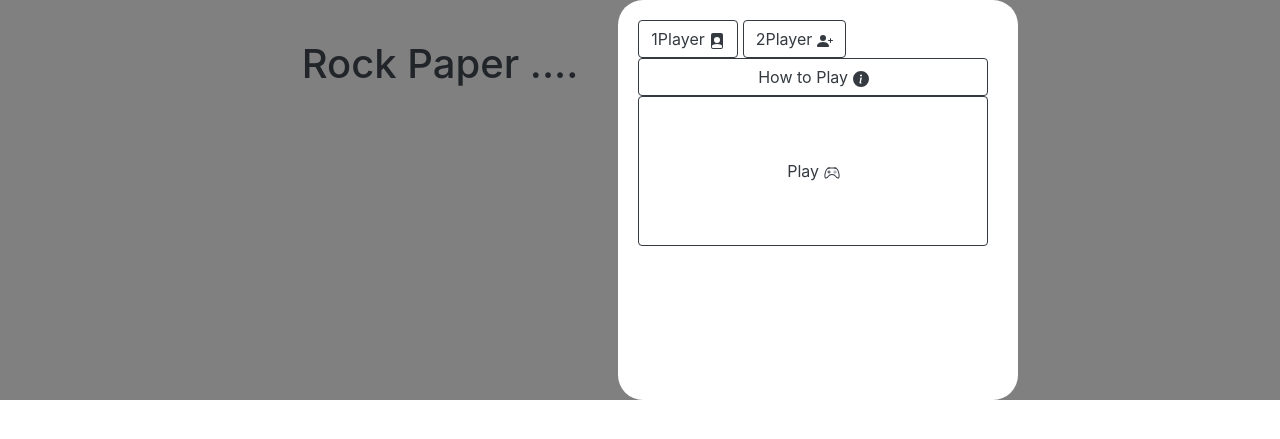
Repository: hossamsulleman1/Colllege-rock-paper-game
Page: index.html
The author's editor kept a copy of each file at every save. The page is drawn from the files as they stood at one save, then again after the next save.
The browser window is 1280 px wide. The pictures show the whole page.

Above is the page before, as saved 2020-09-15 10:44:13.
Console error: SyntaxError: Unexpected token '<'

### index.html
<!DOCTYPE html>
<html lang="en">
<head>
    <script src="index.js"></script>
    <link rel="stylesheet" href="index.css">

    <meta charset="UTF-8">
    <meta name="viewport" content="width=device-width, initial-scale=1.0">
    <title>Rock Paper...</title>
</head>
<body>
   <div class="wall">
      <h1 style="padding: 40px; text-align: center;">Rock Paper .... </h1>
    <div class="mainCard">
<button style="height: 150;"class="btn btn-outline-dark">
    1Player
    <svg width="1em" height="1em" viewBox="0 0 16 16" class="bi bi-file-person-fill" fill="currentColor" xmlns="http://www.w3.org/2000/svg">
        <path fill-rule="evenodd" d="M12 0H4a2 2 0 0 0-2 2v12a2 2 0 0 0 2 2h8a2 2 0 0 0 2-2V2a2 2 0 0 0-2-2zm-1 7a3 3 0 1 1-6 0 3 3 0 0 1 6 0zm-3 4c2.623 0 4.146.826 5 1.755V14a1 1 0 0 1-1 1H4a1 1 0 0 1-1-1v-1.245C3.854 11.825 5.377 11 8 11z"/>
      </svg>
</button>
<button class="btn btn-outline-dark">
    2Player
    <svg width="1em" height="1em" viewBox="0 0 16 16" class="bi bi-person-plus-fill" fill="currentColor" xmlns="http://www.w3.org/2000/svg">
        <path fill-rule="evenodd" d="M1 14s-1 0-1-1 1-4 6-4 6 3 6 4-1 1-1 1H1zm5-6a3 3 0 1 0 0-6 3 3 0 0 0 0 6zm7.5-3a.5.5 0 0 1 .5.5V7h1.5a.5.5 0 0 1 0 1H14v1.5a.5.5 0 0 1-1 0V8h-1.5a.5.5 0 0 1 0-1H13V5.5a.5.5 0 0 1 .5-.5z"/>
      </svg>
</button>
<br>
<button style="width: 350px;" class="btn btn-outline-dark" onclick="howToPlay()">
    How to Play
    <svg width="1em" height="1em" viewBox="0 0 16 16" class="bi bi-info-circle-fill" fill="currentColor" xmlns="http://www.w3.org/2000/svg">
        <path fill-rule="evenodd" d="M8 16A8 8 0 1 0 8 0a8 8 0 0 0 0 16zm.93-9.412l-2.29.287-.082.38.45.083c.294.07.352.176.288.469l-.738 3.468c-.194.897.105 1.319.808 1.319.545 0 1.178-.252 1.465-.598l.088-.416c-.2.176-.492.246-.686.246-.275 0-.375-.193-.304-.533L8.93 6.588zM8 5.5a1 1 0 1 0 0-2 1 1 0 0 0 0 2z"/>
      </svg>
</button>
<br>
<button style="width: 350px; height: 150px;" class="btn btn-outline-dark" onclick="goToGame()">
    Play
    <svg width="1em" height="1em" viewBox="0 0 16 16" class="bi bi-controller" fill="currentColor" xmlns="http://www.w3.org/2000/svg">
        <path fill-rule="evenodd" d="M11.119 2.693c.904.19 1.75.495 2.235.98.407.408.779 1.05 1.094 1.772.32.733.599 1.591.805 2.466.206.875.34 1.78.364 2.606.024.815-.059 1.602-.328 2.21a1.42 1.42 0 0 1-1.445.83c-.636-.067-1.115-.394-1.513-.773a11.307 11.307 0 0 1-.739-.809c-.126-.147-.25-.291-.368-.422-.728-.804-1.597-1.527-3.224-1.527-1.627 0-2.496.723-3.224 1.527-.119.131-.242.275-.368.422-.243.283-.494.576-.739.81-.398.378-.877.705-1.513.772a1.42 1.42 0 0 1-1.445-.83c-.27-.608-.352-1.395-.329-2.21.024-.826.16-1.73.365-2.606.206-.875.486-1.733.805-2.466.315-.722.687-1.364 1.094-1.772.486-.485 1.331-.79 2.235-.98.932-.196 2.03-.292 3.119-.292 1.089 0 2.187.096 3.119.292zm-6.032.979c-.877.185-1.469.443-1.733.708-.276.276-.587.783-.885 1.465a13.748 13.748 0 0 0-.748 2.295 12.351 12.351 0 0 0-.339 2.406c-.022.755.062 1.368.243 1.776a.42.42 0 0 0 .426.24c.327-.034.61-.199.929-.502.212-.202.4-.423.615-.674.133-.156.276-.323.44-.505C4.861 9.97 5.978 9.026 8 9.026s3.139.943 3.965 1.855c.164.182.307.35.44.505.214.25.403.472.615.674.318.303.601.468.929.503a.42.42 0 0 0 .426-.241c.18-.408.265-1.02.243-1.776a12.354 12.354 0 0 0-.339-2.406 13.753 13.753 0 0 0-.748-2.295c-.298-.682-.61-1.19-.885-1.465-.264-.265-.856-.523-1.733-.708-.85-.179-1.877-.27-2.913-.27-1.036 0-2.063.091-2.913.27z"/>
        <path d="M11.5 6.026a.5.5 0 1 1-1 0 .5.5 0 0 1 1 0zm-1 1a.5.5 0 1 1-1 0 .5.5 0 0 1 1 0zm2 0a.5.5 0 1 1-1 0 .5.5 0 0 1 1 0zm-1 1a.5.5 0 1 1-1 0 .5.5 0 0 1 1 0zm-7-2.5h1v3h-1v-3z"/>
        <path d="M3.5 6.526h3v1h-3v-1zM3.051 3.26a.5.5 0 0 1 .354-.613l1.932-.518a.5.5 0 0 1 .258.966l-1.932.518a.5.5 0 0 1-.612-.354zm9.976 0a.5.5 0 0 0-.353-.613l-1.932-.518a.5.5 0 1 0-.259.966l1.932.518a.5.5 0 0 0 .612-.354z"/>
      </svg>
</button>

</div>

   </div>


<!-- scripts -->
<!-- CSS only -->
<link rel="stylesheet" href="https://stackpath.bootstrapcdn.com/bootstrap/4.5.2/css/bootstrap.min.css" integrity="sha384-JcKb8q3iqJ61gNV9KGb8thSsNjpSL0n8PARn9HuZOnIxN0hoP+VmmDGMN5t9UJ0Z" crossorigin="anonymous">

<!-- JS, Popper.js, and jQuery -->
<script src="https://code.jquery.com/jquery-3.5.1.slim.min.js" integrity="sha384-DfXdz2htPH0lsSSs5nCTpuj/zy4C+OGpamoFVy38MVBnE+IbbVYUew+OrCXaRkfj" crossorigin="anonymous"></script>
<script src="https://cdn.jsdelivr.net/npm/popper.js@1.16.1/dist/umd/popper.min.js" integrity="sha384-9/reFTGAW83EW2RDu2S0VKaIzap3H66lZH81PoYlFhbGU+6BZp6G7niu735Sk7lN" crossorigin="anonymous"></script>
<script src="https://stackpath.bootstrapcdn.com/bootstrap/4.5.2/js/bootstrap.min.js" integrity="sha384-B4gt1jrGC7Jh4AgTPSdUtOBvfO8shuf57BaghqFfPlYxofvL8/KUEfYiJOMMV+rV" crossorigin="anonymous"></script>

</body>
</html>

### index.js
var randomNumber = null;
var P1Selection = null;
var P2Selection = null;
var compSelection = null;
var compSelectionSVG = null;
var outcome = null;

const Rock = 1;
const Paper = 2;
const Scissors = 3;

function randomNumberGen() {
   randomNumber = Math.ceil(Math.random() * 3);
compSelection = randomNumber;
console.log(compSelection + "comp Selection");
}

function howToPlay(){
 alert("click either rock paper or ... and confirm your selection once this is completed the second user will be able to place their selection then rumble!");
}


function compSelectionSvg() {
    if (compSelection = 1 ) {
        document.getElementById("mainCard").innerHTML =
        <div>
   <h1>Rocky Bot Chose</h1>
        <svg width="1em" height="1em" viewBox="0 0 16 16" class="bi bi-award-fill" fill="currentColor" xmlns="http://www.w3.org/2000/svg">
  <path d="M8 0l1.669.864 1.858.282.842 1.68 1.337 1.32L13.4 6l.306 1.854-1.337 1.32-.842 1.68-1.858.282L8 12l-1.669-.864-1.858-.282-.842-1.68-1.337-1.32L2.6 6l-.306-1.854 1.337-1.32.842-1.68L6.331.864 8 0z"/>
  <path d="M4 11.794V16l4-1 4 1v-4.206l-2.018.306L8 13.126 6.018 12.1 4 11.794z"/>
</svg>
        <p>you......</p>
        <h1 id="Win/Lose"></h1>
        </div>

        ;

    }
    if (compSelection = 2 ) {
        document.getElementById("mainCard").innerHTML =
        <div>
    <h1>Rocky Bot Chose</h1>
        <svg width="1em" height="1em" viewBox="0 0 16 16" class="bi bi-box-seam" fill="currentColor" xmlns="http://www.w3.org/2000/svg">
  <path fill-rule="evenodd" d="M8.186 1.113a.5.5 0 0 0-.372 0L1.846 3.5l2.404.961L10.404 2l-2.218-.887zm3.564 1.426L5.596 5 8 5.961 14.154 3.5l-2.404-.961zm3.25 1.7l-6.5 2.6v7.922l6.5-2.6V4.24zM7.5 14.762V6.838L1 4.239v7.923l6.5 2.6zM7.443.184a1.5 1.5 0 0 1 1.114 0l7.129 2.852A.5.5 0 0 1 16 3.5v8.662a1 1 0 0 1-.629.928l-7.185 2.874a.5.5 0 0 1-.372 0L.63 13.09a1 1 0 0 1-.63-.928V3.5a.5.5 0 0 1 .314-.464L7.443.184z"/>
</svg>

        <p>you......</p>
        <h1 id="Win/Lose"></h1>
        </div>

        ;

    }
    if (compSelection = 3 ) {
        document.getElementById("mainCard").innerHTML =
        <div>
        <h1>Rocky Bot Chose</h1>
        <svg width="1em" height="1em" viewBox="0 0 16 16" class="bi bi-scissors" fill="currentColor" xmlns="http://www.w3.org/2000/svg">
  <path fill-rule="evenodd" d="M3.5 3.5c-.614-.884-.074-1.962.858-2.5L8 7.226 11.642 1c.932.538 1.472 1.616.858 2.5L8.81 8.61l1.556 2.661a2.5 2.5 0 1 1-.794.637L8 9.73l-1.572 2.177a2.5 2.5 0 1 1-.794-.637L7.19 8.61 3.5 3.5zm2.5 10a1.5 1.5 0 1 1-3 0 1.5 1.5 0 0 1 3 0zm7 0a1.5 1.5 0 1 1-3 0 1.5 1.5 0 0 1 3 0z"/>
</svg>
        <p>you......</p>
        <h1 id="Win/Lose"></h1>
        </div>

        ;

    }
    Calculation()
document.getElementById("Win/Loss").innerText = outcome;

}

function itemHierarchy(){



}

function goToGame() {
    window.location.replace("game.html");
}


function RockP1() {
    P1Selection = Rock
    console.log(P1Selection)
}

function PaperP1(){
    P1Selection = Paper
    console.log(P1Selection)
}

function  ScissorsP1() {
    P1Selection = Scissors
    console.log(P1Selection)
}

function Calculation() {

}

### index.css
.mainCard {
    border-radius: 25px;
    background: white;
    padding: 20px;
    width: 400px;
    height: 400px;


}

.wall {
    background-color: grey;
    display: flex;
    justify-content: center;
    height: auto;
    width: auto;
}

After the next save:
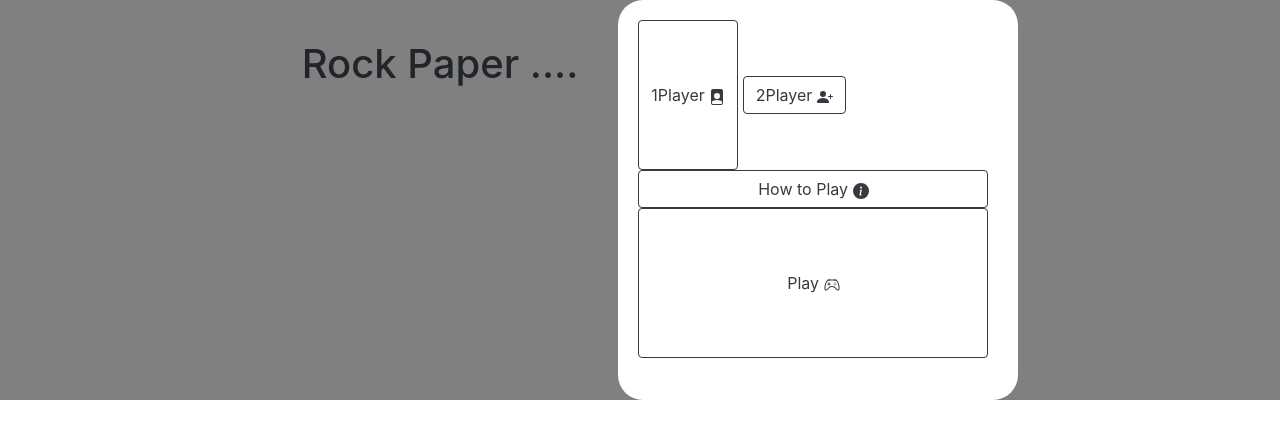
Saved 4 s later.
--- a/index.html
+++ b/index.html
@@ -12,7 +12,7 @@
    <div class="wall">
       <h1 style="padding: 40px; text-align: center;">Rock Paper .... </h1>
     <div class="mainCard">
-<button style="height: 150;"class="btn btn-outline-dark">
+<button style="height: 150px;"class="btn btn-outline-dark">
     1Player
     <svg width="1em" height="1em" viewBox="0 0 16 16" class="bi bi-file-person-fill" fill="currentColor" xmlns="http://www.w3.org/2000/svg">
         <path fill-rule="evenodd" d="M12 0H4a2 2 0 0 0-2 2v12a2 2 0 0 0 2 2h8a2 2 0 0 0 2-2V2a2 2 0 0 0-2-2zm-1 7a3 3 0 1 1-6 0 3 3 0 0 1 6 0zm-3 4c2.623 0 4.146.826 5 1.755V14a1 1 0 0 1-1 1H4a1 1 0 0 1-1-1v-1.245C3.854 11.825 5.377 11 8 11z"/>
